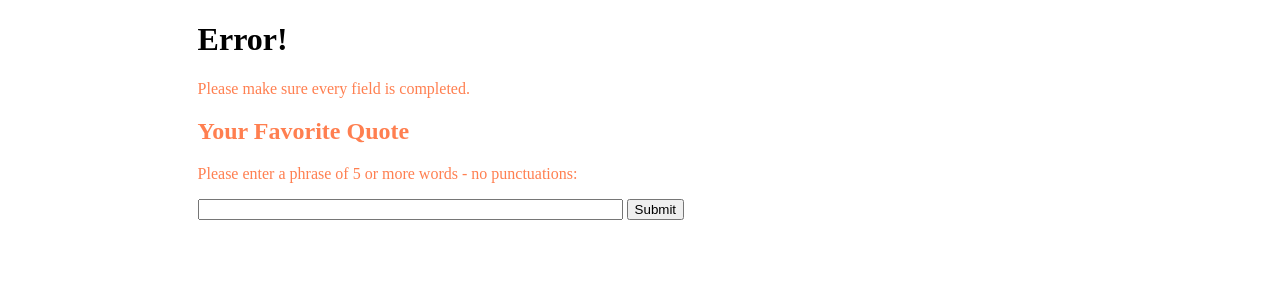
Repository: oduong1/COSW30
Page: http://localhost/homework/hw4/quote_process.php
The author's editor kept a record of every edit. The page is drawn from the files as they stood at one moment, then again after the next edit.
The browser window is 1280 px wide. The pictures show the whole page.
The page is run by PHP 8.4 with error messages shown; the project is at /var/www/html/.

Above is the page before.

### homework/hw4/quote_process.php
<!DOCTYPE html>
<html>
    <head>
        <meta charset="utf-8">
        <title>Favorite Quote</title>
            <style>
            #center {
                font-family: fantasy;
                display: block;
                width: 70%;
                margin: auto;
            }
            h2, p {
                color: coral;
                font-size: 1.1 em;
            }
    </style>

    </head>
    <body>
        <container id="center">
<?php
    // look at chapter 2 for arrays
if ($_SERVER['REQUEST_METHOD'] == 'POST') {
    $phrase = $_POST['phrase'];

    $words_array = explode(' ', $phrase); // converts string to array

    $word_count = count($words_array);

    echo "<p>These are the $word_count words you entered:</p>";
      echo "<ul>";
    foreach($words_array as $key => $value){
        echo"<li>$value</li>";
     }
        echo "</ul>";

    asort($words_array); // sort alphabetically

    echo '<p>Here are your words in alphabetical order:</p>';
    echo "<ul>";
    foreach($words_array as $key => $value){
        echo "<li>$value</li>";
    }
        echo "</ul>";


    rsort($words_array);
    echo '<p>Here are your words in reverse alphabetical order:</p>';
     echo "<ul>";
    foreach($words_array as $key => $value){
        echo "<li>$value</li>";
    }
       echo "</ul>";

    array_push($words_array, "Life", "is", "beautiful!");

    $word_count = count($words_array);
        echo "<p>I added a few words. Here are the $word_count words:</p>";
     echo "<ul>";
    foreach($words_array as $key => $value){
        echo "<li>$value</li>";
    }
       echo "</ul>";

    // for ($i = 0; $i <3; $i++) {
    //   array_shift($words_array[$i]);
    // }
    array_shift($words_array);
    array_shift($words_array);
    array_shift($words_array);

    $word_count = count($words_array);
        echo "<p>First three words are removed. Here are the $word_count words:</p>";
     echo "<ul>";
    foreach($words_array as $key => $value){
        echo "<li>$value</li>";
    }
       echo "</ul>";
}
else {
    	echo '<div><h1>Error!</h1></div>
		<p class="text-danger">Please make sure every field is completed.</p>';
	}

    ?>


    <h2>Your Favorite Quote</h2>
        <form action="quote_process.php" method="POST">

            <p>Please enter a phrase of 5 or more words - no punctuations:<p>
            <p>
                <input type="text" name="phrase" size="50" maxlength="150" required>
                <input type="submit" name="submit" value="Submit">
            </p>

        </form>
    </container>
 </body>
</html>

After the next edit:
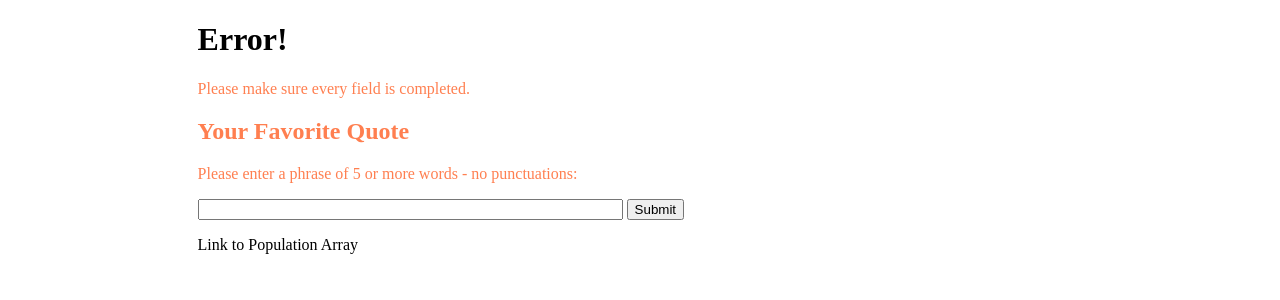
The edit:
--- a/homework/hw4/quote_process.php
+++ b/homework/hw4/quote_process.php
@@ -95,7 +95,8 @@
                 <input type="submit" name="submit" value="Submit">
             </p>
 
-        </form>
+        </form
+        <a href="http://cosw30-od.herokuapp.com/homework/hw4/population_array.php">Link to Population Array</a>
     </container>
  </body>
 </html>

After the 2 edits that followed:
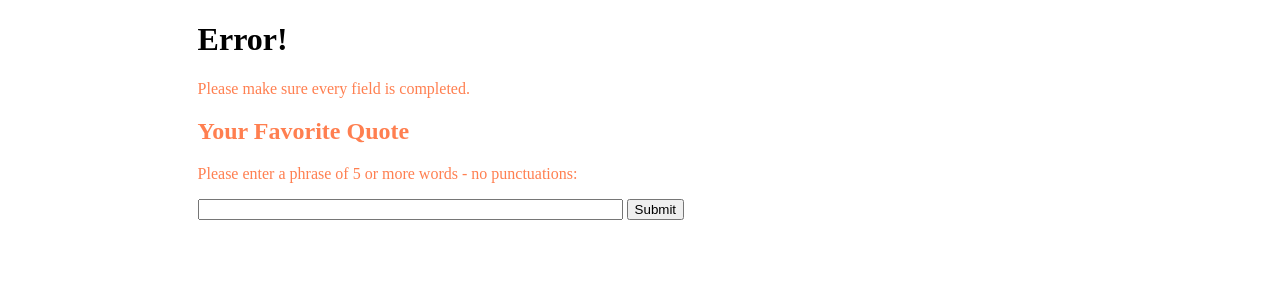
The 2 edits are shown as one change because 1 left the picture as it was.
The edit:
--- a/homework/hw4/quote_process.php
+++ b/homework/hw4/quote_process.php
@@ -71,7 +71,7 @@
     array_shift($words_array);
 
     $word_count = count($words_array);
-        echo "<p>First three words are removed. Here are the $word_count words:</p>";
+        echo "<p>First three words on the previous list are removed. </br>Here are the $word_count words:</p>";
      echo "<ul>";
     foreach($words_array as $key => $value){
         echo "<li>$value</li>";
@@ -96,7 +96,7 @@
             </p>
 
         </form
-        <a href="http://cosw30-od.herokuapp.com/homework/hw4/population_array.php">Link to Population Array</a>
+
     </container>
  </body>
 </html>
